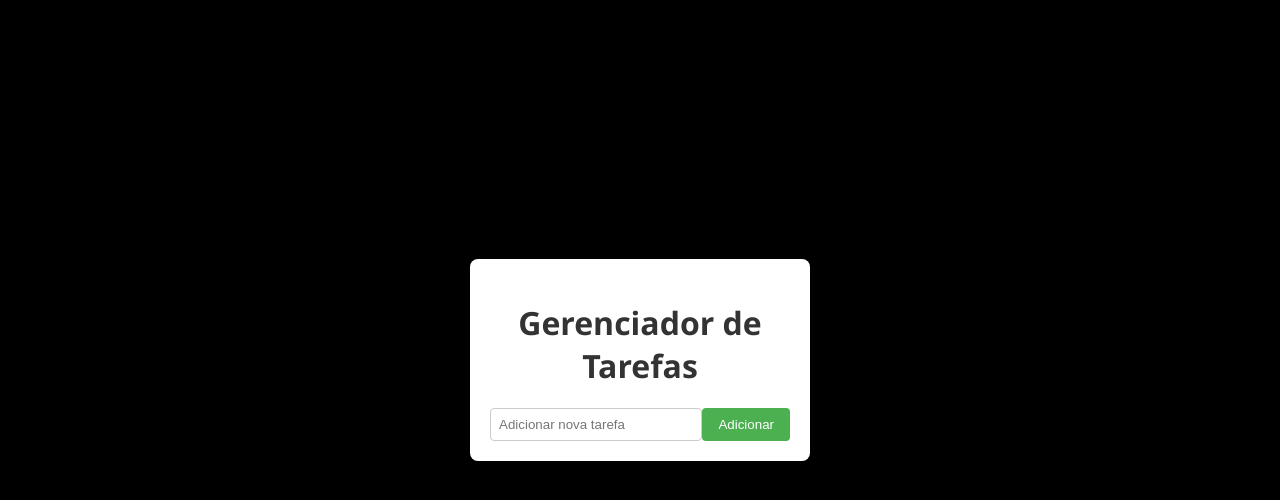
Repository: Matheus904-12/Musica
Page: index.html
The author's editor kept a copy of each file at every save. The page is drawn from the files as they stood at one save, then again after the next save.
The browser window is 1280 px wide. The pictures show the whole page.

Above is the page before, as saved 2024-01-08 20:05:37.

After the next save:
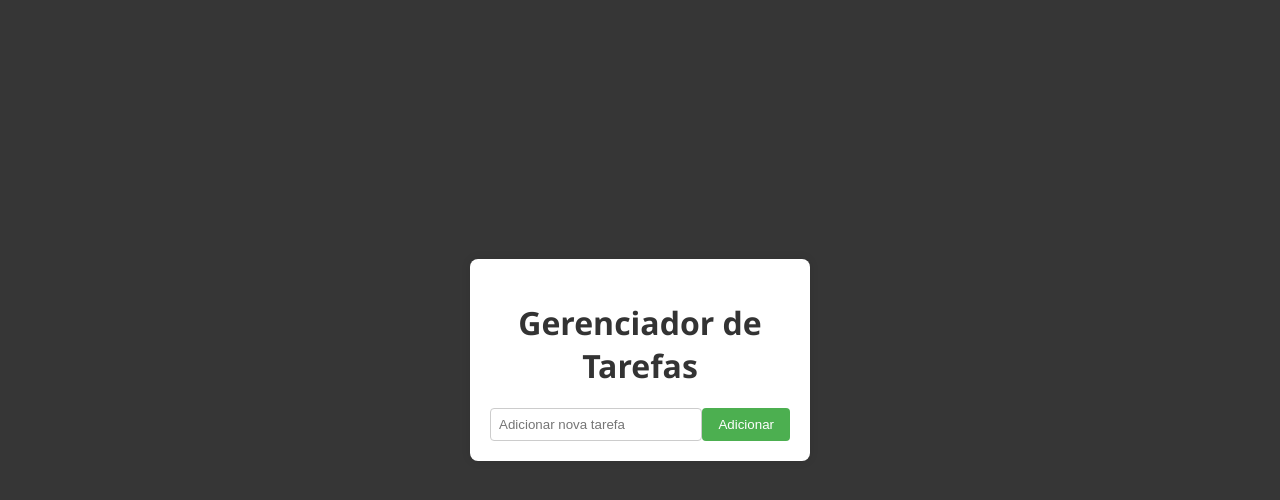
Saved 6 s later.
--- a/style.css
+++ b/style.css
@@ -1,6 +1,6 @@
 body {
     font-family: 'Segoe UI', Tahoma, Geneva, Verdana, sans-serif;
-    background-color: #000000;
+    background-color: #363636;
     margin: 0;
     display: flex;
     align-items: center;
